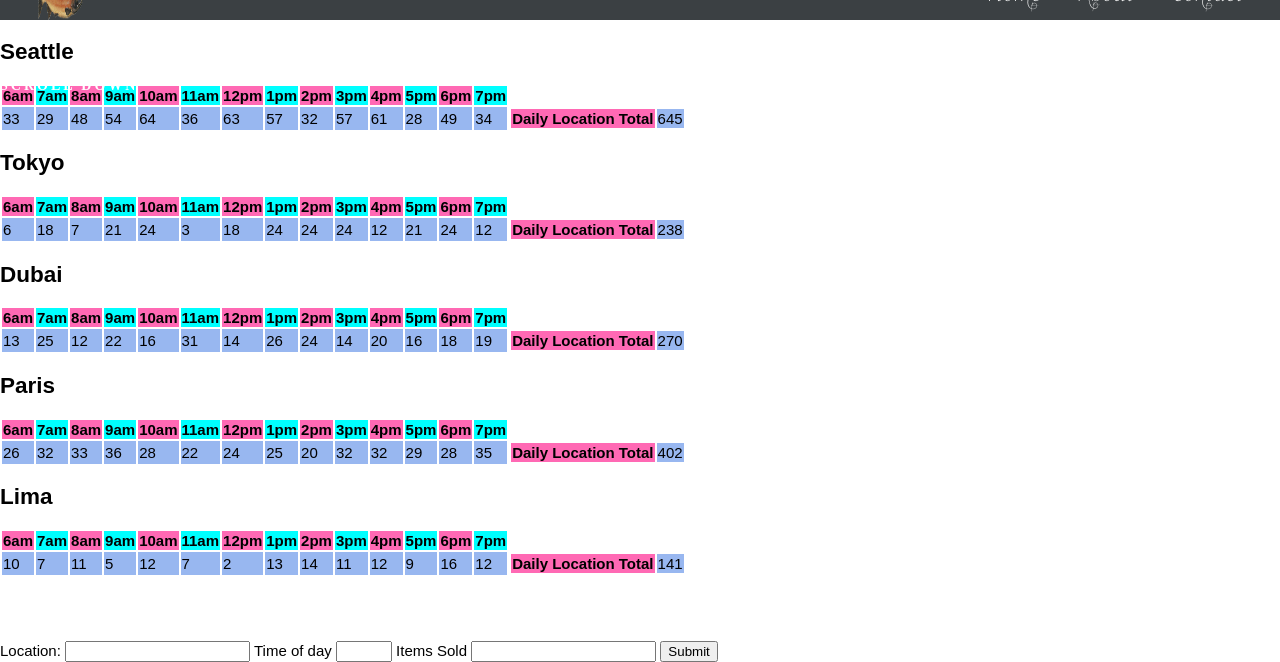
Repository: aaron1986/cookie_stand
Page: index.html
The author's editor kept a copy of each file at every save. The page is drawn from the files as they stood at one save, then again after the next save.
The browser window is 1280 px wide. The pictures show the part of the page from y = 583 to 1296 px (the page is 1245 px tall before and 1296 px after).
A picture or video elsewhere on the page could not be fetched, so the positions and the page height are approximate.

Above is the page before, as saved 2023-09-28 13:18:47.

### index.html
<!DOCTYPE html>
<html lang="en">
<head>
    <meta charset="UTF-8">
    <meta name="viewport" content="width=device-width, initial-scale=1.0">
    <link rel="stylesheet" href="./style.css">
    <script src="./app.js" defer></script>
    <title>Document</title>
</head>
<body>
    <header>
        <video autoplay muted loop>
            <source src="./vid/salmon.mp4">
        </video>

     <!-- heading text -->
     <div class="container">
        <div class="hero-text">
            <h1>Experience <br>Salmon <br>Cookies</h1>
                <a class="scroll-down">Scroll Down</a>
         </div> <!-- end of hero-text -->
     </div> <!-- end of container -->

    </header>

    <main>


        <nav>
            <img src="./img/salmon.png">
            <ul>

                <li><a href="#">Home</a></li>
                <li><a href="#">About</a></li>
                <li><a href="#">Contact</a></li>
            </ul>
         </nav>

         <!-- form to insert data into table -->

         <div id="shop-location">


         </div>

         <div class="container">
        <form id="cookiesShop">
            <label for="location">Location: </label>
            <input type="text" id="location" name="location">

            <label for="hour">Time of day</label>
            <input type="number" id="hour" name="hour" min="6" max="19">

            <label for="cookiesSold">Items Sold</label>
            <input type="number" id="cookiesSold" name="cookiesSold" min="0">

            <button>Submit</button>

         </form>

         <div id="output">

         </div>
         </div>



    </main>

    <footer>

    </footer>
</body>
</html>

### style.css
th:nth-child(even) {
    background-color: aqua;
}

th:nth-child(odd) {
    background-color: hotpink;
}

td {
    background-color: rgb(152, 183, 240);
}


html, body {
    display: block;
    width: 100%;
    height:100%;
    margin: 0;
    padding: 0;
    background: transparent;
    font-size: 15px;
    font-family: "itc-avant-garde-gothic-pro", sans-serif;
}

.container {
    margin-top:5%;
}

video {
    margin-top: -6%;
    left: 0;
    width: 100%;
    height: 100%;
    background-color: rgba(0,0,0,.3);
    z-index: 1;
  }



/* start of hero text */

.hero-text {
    width: 100%;
  margin-top:-25%;
}


h1 {
    font-family: "heading-text";
    font-weight: 400;
  font-style: normal;
  font-size: 90px;
  color: #fff;
  text-indent: -16px;
    line-height: 78px;
    margin-bottom: 19px;
    text-align: center;
    justify-content: center;

}

@font-face {
    font-family: 'heading-text';
    src: url('./fonts/GarineldoNo02.otf');
}

.scroll-down {
    font: 700 14px/22px "Montserrat",serif;
  color: #fff;
  text-transform: uppercase;
  letter-spacing: 3px;
  bottom: 40px;
  z-index: 2;
  text-align: center;
  position: absolute;
}

/* end of hero text */


/* start of navigation */
nav {
    background-color: #3B4043;
    height:55px;
    margin-top: -15px;
}
ul {
   display: flex;
   justify-content: flex-end;
}
li {
    display: inline;
    margin-right: 3%;
    margin-top: -5%;
    font-family: "heading-text";
    font-size: 32px;
}

li a {
    color: #fff;
    text-decoration: none;
    list-style: none;
}

a:hover {
    transition: opacity .55s .2s,top .55s;
  opacity: .55;
  top: -10px;
  color: #d3b298;
  border-top: 2px solid #d3b298;
}

img {
    width: 45px;
    height:55px;
    margin-left:3%;
}

img:hover {
	-webkit-filter: grayscale(100%) blur(3px);
	filter: grayscale(100%) blur(3px);
}

### app.js
const Hours = ['6am', '7am', '8am', '9am', '10am', '11am', '12pm', '1pm', '2pm', '3pm', '4pm', '5pm', '6pm', '7pm'];

function randonNumber(min, max) {
    return Math.floor(Math.random() * (max - min + 1)) + min;
}

function ShopLocation(location, min, max, avg) {
    this.location = location;
    this.min = min;
    this.max = max;
    this.avg = avg;
    this.customersPerHour = [];
    this.cookiesPerHour = [];
    this.totalSold = 0;


    this.calcTotal = function() {
        for(let i = 0; i < Hours.length; i++) {
            const randNum = randonNumber(this.min, this.max);
                this.customersPerHour.push(randNum);
                this.cookiesPerHour.push(randNum * this.avg);
        }
    };

}

const shopLocationSeattle = new ShopLocation ("Seattle", 23, 65, 6.3);

const shopLocationTokyo = new ShopLocation("Tokyo", 3, 24, 1.2);

const shopLocationDubai = new ShopLocation("Dubai",11,38,3.7);

const shopLocationParis = new ShopLocation("Paris",20,38,2.3);

const shopLocationLima = new ShopLocation("Lima",2,16,4,6);

shopLocationSeattle.calcTotal();
shopLocationTokyo.calcTotal();
shopLocationDubai.calcTotal();
shopLocationParis.calcTotal();
shopLocationLima.calcTotal();


const shopLocationHtml = document.getElementById("shop-location");

function createShopLocation(locationData) {
    const article = document.createElement("article");

    //Headers
    const h2 = document.createElement("h2");
    h2.textContent = locationData.location;
    article.appendChild(h2);


    //Table information
    const table = document.createElement("table");

    const thead = document.createElement("thead");
    const headerRow = document.createElement("tr");

    // Loop through the hours and create table headers
    for (let i = 0; i < locationData.customersPerHour.length; i++) {
        const th = document.createElement("th");
        th.textContent = `${Hours[i]}`;
        headerRow.appendChild(th);
    }

    thead.appendChild(headerRow);
    table.appendChild(thead);

    const tbody = document.createElement("tbody");
    const dataRow = document.createElement("tr");

    // Loop through the customersPerHour
    for (let i = 0; i < locationData.customersPerHour.length; i++) {
        const td = document.createElement("td");
        td.textContent = `${locationData.customersPerHour[i]}`;
        dataRow.appendChild(td);
    }



    tbody.appendChild(dataRow);
        // Calculate the daily total for each hour
        const totalRow = document.createElement("tr");
        const totalCell = document.createElement("th");
        totalCell.textContent = "Daily Location Total";
        totalRow.appendChild(totalCell);


        let dailyTotal = 0;
        for(let i = 0; i < locationData.customersPerHour.length; i++) {
            dailyTotal += locationData.customersPerHour[i];
        }

        const td = document.createElement("td");
        td.textContent = `${dailyTotal}`;
        totalRow.appendChild(td);
        //console.log(dailytotal);





    dataRow.appendChild(totalRow);
    table.appendChild(tbody);
    article.appendChild(table);
    shopLocationHtml.appendChild(article);
}

createShopLocation(shopLocationSeattle);
createShopLocation(shopLocationTokyo);
createShopLocation(shopLocationDubai);
createShopLocation(shopLocationParis);
createShopLocation(shopLocationLima);

After the next save:
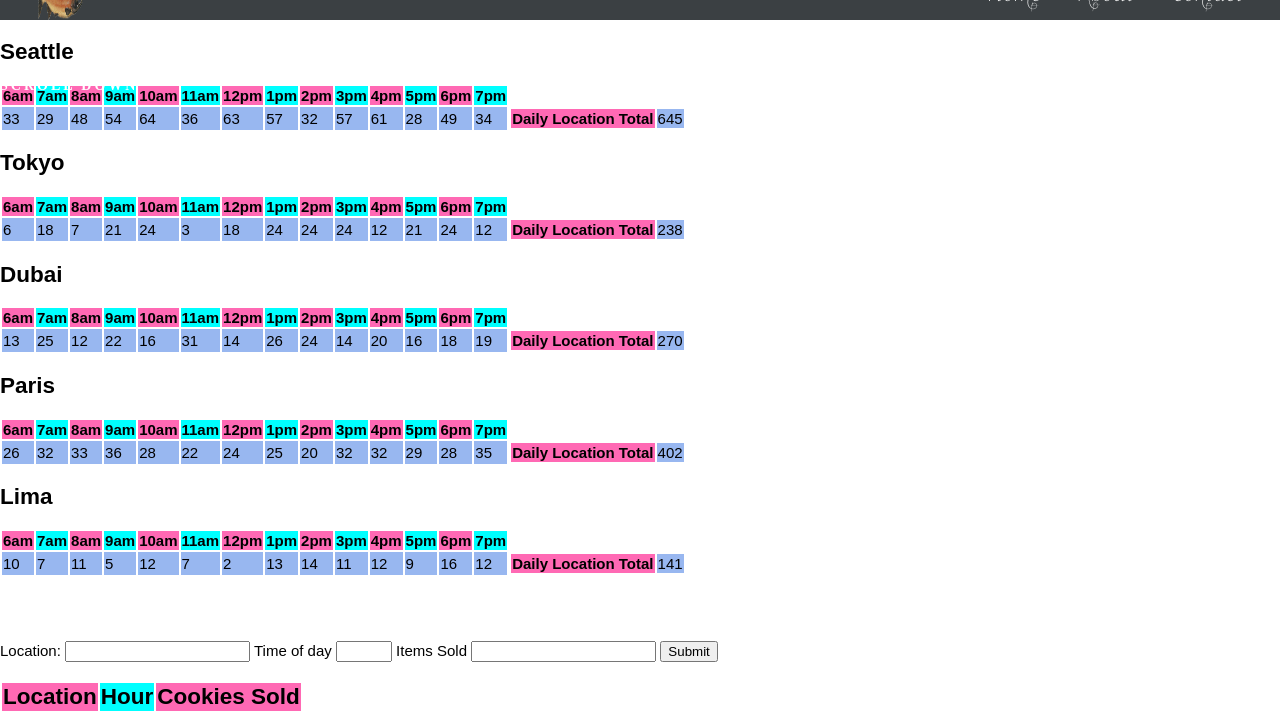
Saved 22 min 53 s later.
--- a/index.html
+++ b/index.html
@@ -61,6 +61,16 @@
          <div id="output">
 
          </div>
+
+         <h2>
+            <table id="salesTable">
+                <tr>
+                    <th>Location</th>
+                    <th>Hour</th>
+                    <th>Cookies Sold</th>
+                </tr>
+            </table>
+         </h2>
          </div>
 
 
